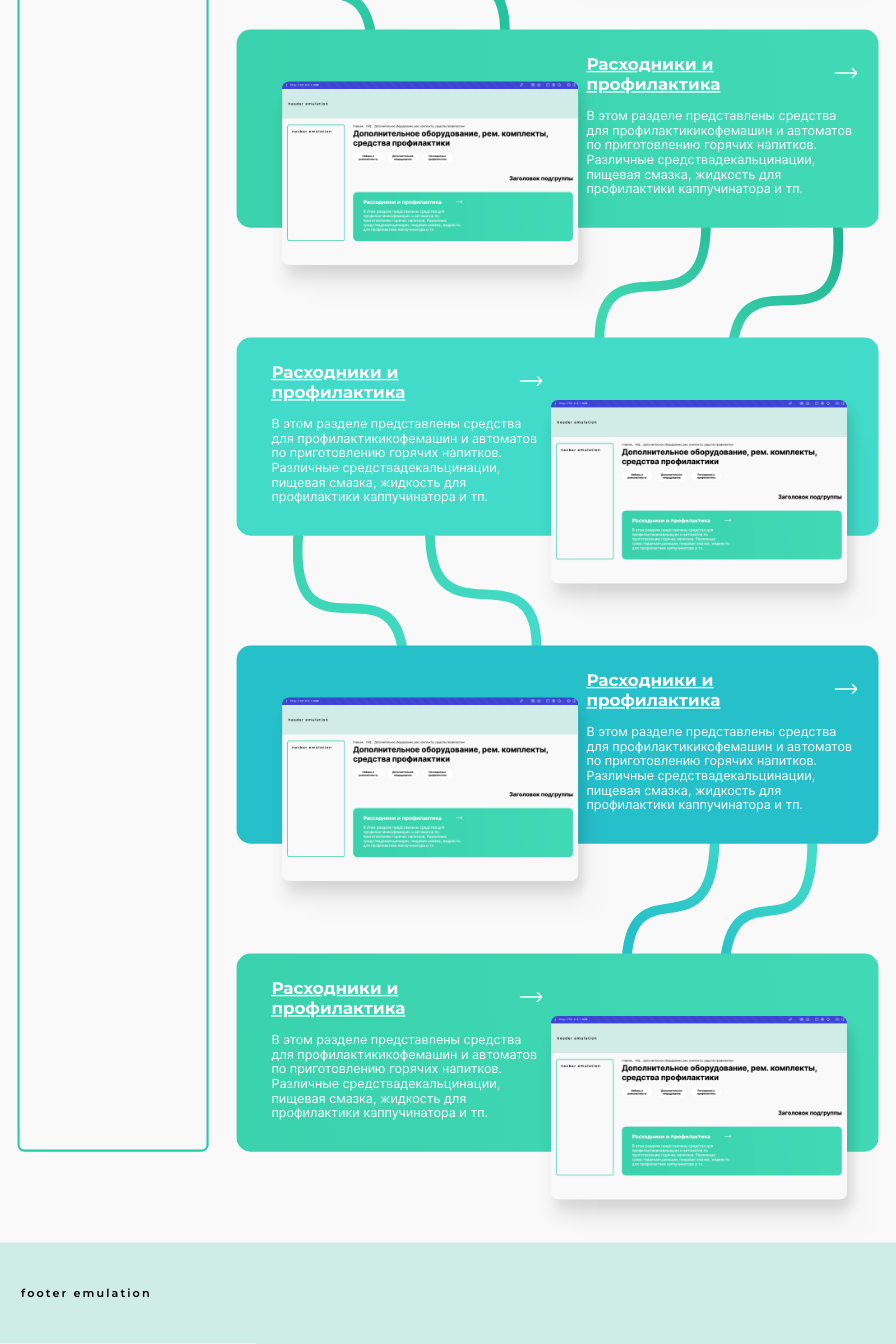
Repository: axonde/venpart-faq-pages
Page: index.html
An editor plug-in stored every save of this project. The page is shown before and after the next save, followed by the edit.
The browser window is 1280 px wide. The pictures show the part of the page from y = 715 to 2635 px (the page is 2635 px tall), at 70% of full size.

Above is the page before, as saved 2024-02-28 20:09:38.

After the next save:
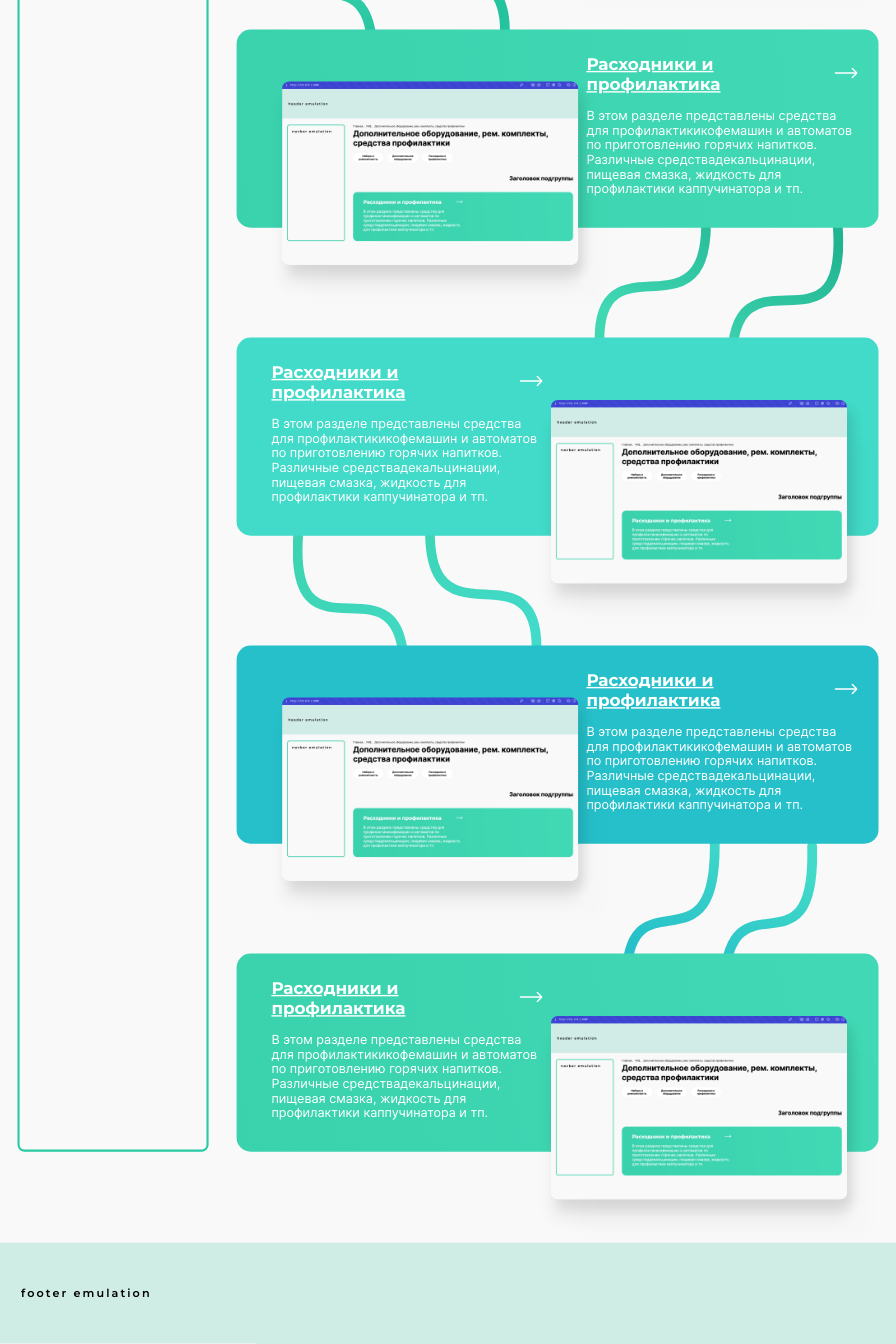
Saved 6 s later.
--- a/style.css
+++ b/style.css
@@ -589,7 +589,6 @@ scrollbar-width: none; /* Firefox */}
 	background: url('decorations/decoration-4.svg');
 	width: 280px;
 	height: 239px;
-	top: 80%;
 	left: 60%;}
 .faq__item:last-child::after {display: none;}
 
